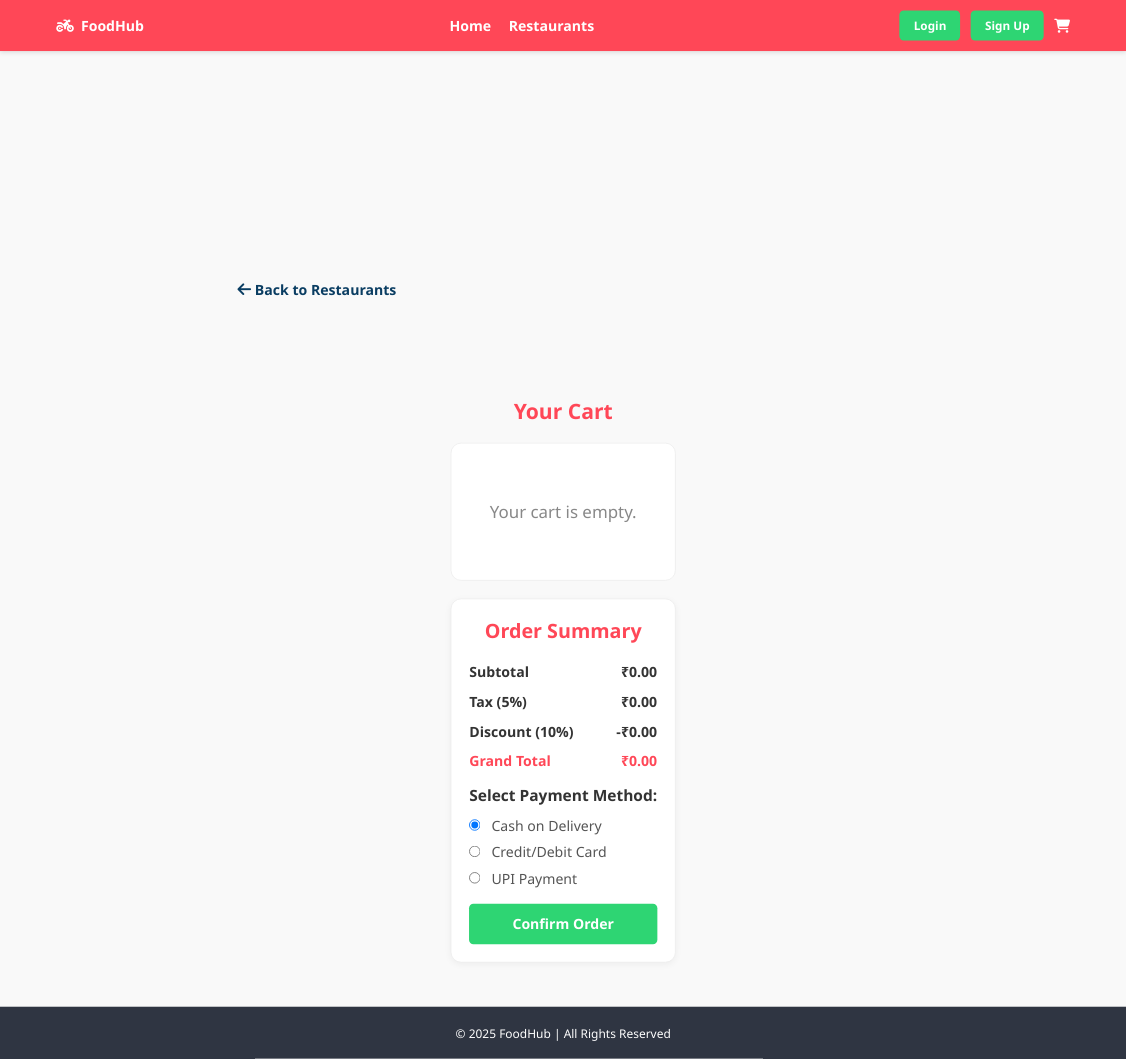
Repository: srinithiashoka/FoodDeliveryApp
Page: http://localhost/FoodDeliveryApp/cart.jsp
These files come from the project's save history. The page is drawn as it stood at one moment and after the next save; the edit follows.
The browser window is 1280 px wide. The pictures show the whole page, at 88% of full size.
The page is served by Tomcat 10. Other server files are loaded and not shown. Queries for data that is not in the repository find no rows.

Above is the page before, as saved 2025-12-03 16:42:49.

### FoodDeliveryApp/src/main/webapp/cart.jsp
<%@ page language="java" contentType="text/html; charset=UTF-8" pageEncoding="UTF-8"%>
<%@ page import="java.util.List" %>
<%@ page import="com.foodapp.model.CartItem" %>
<%@ page import="com.foodapp.dao.impl.CartDAOImpl" %>
<%@ page import="com.foodapp.dao.impl.MenuDAOImpl" %>
<%@ page import="com.foodapp.model.Menu" %>
<%@ page import="com.foodapp.model.User" %>

<%
    CartDAOImpl cartDAO = new CartDAOImpl();
    MenuDAOImpl menuDAO = new MenuDAOImpl();

    User user = (User) session.getAttribute("user");
    Integer userId = (user != null) ? user.getUserId() : 0;

    List<CartItem> cartItems = cartDAO.getCartByUser(userId);

    double subtotal = 0;
    for(CartItem item : cartItems){
        subtotal += item.getPrice() * item.getQuantity();
    }
    double tax = subtotal * 0.05;
    double discount = subtotal * 0.1;
    double grandTotal = subtotal + tax - discount;
%>

<!DOCTYPE html>
<html lang="en">
<head>
<meta charset="UTF-8">
<meta name="viewport" content="width=device-width, initial-scale=1.0">
<title>FoodHub - Your Cart</title>
<link rel="stylesheet" href="https://cdnjs.cloudflare.com/ajax/libs/font-awesome/6.5.0/css/all.min.css">
<link rel="stylesheet" href="css/cart.css">
</head>
<body>

<!-- Toast -->
<div id="toast"></div>

<header>
    <div class="container">
        <div class="navbar">
            <div class="logo">
                <i class="fa-solid fa-motorcycle"></i>
                <span>FoodHub</span>
            </div>
            <ul class="nav-menu">
                <li><a href="home.jsp">Home</a></li>
                <li><a href="home.jsp">Restaurants</a></li>
            </ul>
            <div class="nav-actions">
                <% if(user == null){ %>
                    <button onclick="location.href='login.jsp'" class="btn btn-login">Login</button>
                    <button onclick="location.href='signup.jsp'" class="btn btn-signup">Sign Up</button>
                <% } else { %>
                    <span>Welcome, <%= user.getUsername() %></span>
                <% } %>
                <div class="cart-icon-wrapper">
                    <a href="cart.jsp" title="View Cart">
                        <i class="fas fa-shopping-cart"></i>
                    </a>
                    <% if(cartItems.size() > 0) { %>
                        <span class="cart-badge"><%= cartItems.size() %></span>
                    <% } %>
                </div>
            </div>
        </div>
    </div>
</header>
<div class="back-link-container">
    <a href="home.jsp" class="back-link"><i class="fa fa-arrow-left"></i> Back to Restaurants</a>
</div>

<div class="cart-container">
    <h2 class="cart-title">Your Cart</h2>

    <% if(cartItems.isEmpty()){ %>
        <p class="empty-cart">Your cart is empty.</p>
    <% } else {
        for(CartItem item : cartItems){
            Menu menu = menuDAO.getMenuItemById(item.getMenuId());
            String imagePath = (menu != null && menu.getImagePath() != null && !menu.getImagePath().isEmpty())
                               ? menu.getImagePath()
                               : "images/default-food.jpg";
    %>
            <div class="cart-item" data-menu-id="<%= item.getMenuId() %>">
                <div class="cart-image">
                    <img src="<%= request.getContextPath() + "/" + imagePath %>"
                         alt="<%= item.getFoodName() %>"
                         onerror="this.src='<%= request.getContextPath() %>/images/default-food.jpg'"
                         style="width: 80px; height: 80px; object-fit: cover;">
                </div>
                <div class="cart-content">
                    <div class="cart-header">
                        <h3><%= item.getFoodName() %></h3>
                        <div class="cart-price" data-price="<%= item.getPrice() %>">₹<%= item.getPrice() %></div>
                    </div>
                    <div class="quantity-controls">
                        <button class="qty-btn decrease">-</button>
                        <input type="number" class="quantity-input" value="<%= item.getQuantity() %>" min="1" max="99">
                        <button class="qty-btn increase">+</button>
                        <button class="btn-remove">Remove</button>
                    </div>
                </div>
            </div>
    <% }} %>

    <div class="cart-summary">
        <h3>Order Summary</h3>
        <div class="summary-row">Subtotal <span id="subtotal">₹<%= String.format("%.2f", subtotal) %></span></div>
        <div class="summary-row">Tax (5%) <span id="tax">₹<%= String.format("%.2f", tax) %></span></div>
        <div class="summary-row">Discount (10%) <span id="discount">-₹<%= String.format("%.2f", discount) %></span></div>
        <div class="summary-row grand-total">Grand Total <span id="grandTotal">₹<%= String.format("%.2f", grandTotal) %></span></div>

        <div class="payment-method">
            <h4>Select Payment Method:</h4>
            <label><input type="radio" name="payment" value="cash" checked> Cash on Delivery</label>
            <label><input type="radio" name="payment" value="card"> Credit/Debit Card</label>
            <label><input type="radio" name="payment" value="upi"> UPI Payment</label>
        </div>

        <button class="checkout-btn" onclick="confirmOrder()">Confirm Order</button>
    </div>
</div>

<footer>
    <p>© 2025 FoodHub | All Rights Reserved</p>
</footer>

<script>
// Toast function
function showToast(message) {
    const toast = document.getElementById("toast");
    toast.textContent = message;
    toast.className = "show";
    setTimeout(() => {
        toast.className = toast.className.replace("show", "");
    }, 3000);
}

// Update totals
function updateTotals() {
    let subtotal = 0;
    document.querySelectorAll('.cart-item').forEach(item => {
        const qty = parseInt(item.querySelector('.quantity-input').value) || 0;
        const price = parseFloat(item.querySelector('.cart-price').dataset.price) || 0;
        subtotal += qty * price;
    });
    const tax = subtotal * 0.05;
    const discount = subtotal * 0.1;
    const grandTotal = subtotal + tax - discount;

    document.getElementById('subtotal').textContent = '₹' + subtotal.toFixed(2);
    document.getElementById('tax').textContent = '₹' + tax.toFixed(2);
    document.getElementById('discount').textContent = '-₹' + discount.toFixed(2);
    document.getElementById('grandTotal').textContent = '₹' + grandTotal.toFixed(2);
}

// Update cart quantity to server
function updateCartServer(menuId, quantity) {
    fetch('<%= request.getContextPath() %>/updateCart', {
        method: 'POST',
        headers: {'Content-Type': 'application/x-www-form-urlencoded'},
        body: `menuId=${menuId}&quantity=${quantity}`
    }).catch(err => console.error('Cart update failed:', err));
}

// Confirm Order
function confirmOrder() {
    const payment = document.querySelector('input[name="payment"]:checked').value;
    fetch('<%= request.getContextPath() %>/confirmOrder', {
        method: 'POST',
        headers: {'Content-Type': 'application/x-www-form-urlencoded'},
        body: `payment=${payment}`
    })
    .then(response => {
        if(response.ok){
            showToast("Order placed successfully!");
            setTimeout(() => {
                window.location.href = '<%= request.getContextPath() %>/trackorder.jsp';
            }, 1200);
        } else {
            showToast("Order failed. Please try again.");
        }
    }).catch(err => {
        console.error('Order request failed:', err);
        showToast("Order failed. Please try again.");
    });
}

// Quantity and Remove Button Events
document.addEventListener('DOMContentLoaded', function() {
    document.querySelectorAll('.cart-item').forEach(item => {
        const qtyInput = item.querySelector('.quantity-input');

        item.querySelector('.increase').addEventListener('click', () => {
            let currentQty = parseInt(qtyInput.value) || 1;
            qtyInput.value = currentQty + 1;
            updateTotals();
            updateCartServer(item.dataset.menuId, qtyInput.value);
        });
        item.querySelector('.decrease').addEventListener('click', () => {
            let currentQty = parseInt(qtyInput.value) || 1;
            if(currentQty > 1) {
                qtyInput.value = currentQty - 1;
                updateTotals();
                updateCartServer(item.dataset.menuId, qtyInput.value);
            }
        });
        item.querySelector('.btn-remove').addEventListener('click', () => {
            updateCartServer(item.dataset.menuId, 0);
            item.style.opacity = '0.5';
            setTimeout(() => item.remove(), 300);
            updateTotals();
        });
        qtyInput.addEventListener('change', () => {
            let qty = parseInt(qtyInput.value) || 1;
            if(qty < 1) qty = 1;
            if(qty > 99) qty = 99;
            qtyInput.value = qty;
            updateTotals();
            updateCartServer(item.dataset.menuId, qty);
        });
    });
});
</script>

</body>
</html>

### FoodDeliveryApp/src/main/java/com/foodapp/dao/impl/MenuDAOImpl.java
package com.foodapp.dao.impl;

import com.foodapp.dao.MenuDAO;
import com.foodapp.model.Menu;
import com.foodapp.util.DBConnection;

import java.sql.*;
import java.util.ArrayList;
import java.util.List;

public class MenuDAOImpl implements MenuDAO {

    @Override
    public boolean addMenuItem(Menu menu) {
        String sql = "INSERT INTO menu (restaurantId, itemName, description, price, isAvailable, imagePath) VALUES (?, ?, ?, ?, ?, ?)";
        try (Connection conn = DBConnection.getConnection();
             PreparedStatement ps = conn.prepareStatement(sql)) {
            ps.setInt(1, menu.getRestaurantId());
            ps.setString(2, menu.getItemName());
            ps.setString(3, menu.getDescription());
            ps.setDouble(4, menu.getPrice());
            ps.setBoolean(5, menu.isAvailable());
            ps.setString(6, menu.getImagePath());
            return ps.executeUpdate() > 0;
        } catch (SQLException e) { e.printStackTrace(); }
        return false;
    }

    @Override
    public boolean updateMenuItem(Menu menu) {
        String sql = "UPDATE menu SET restaurantId=?, itemName=?, description=?, price=?, isAvailable=?, imagePath=? WHERE menuId=?";
        try (Connection conn = DBConnection.getConnection();
             PreparedStatement ps = conn.prepareStatement(sql)) {
            ps.setInt(1, menu.getRestaurantId());
            ps.setString(2, menu.getItemName());
            ps.setString(3, menu.getDescription());
            ps.setDouble(4, menu.getPrice());
            ps.setBoolean(5, menu.isAvailable());
            ps.setString(6, menu.getImagePath());
            ps.setInt(7, menu.getMenuId());
            return ps.executeUpdate() > 0;
        } catch (SQLException e) { e.printStackTrace(); }
        return false;
    }

    @Override
    public boolean deleteMenuItem(int menuId) {
        String sql = "DELETE FROM menu WHERE menuId=?";
        try (Connection conn = DBConnection.getConnection();
             PreparedStatement ps = conn.prepareStatement(sql)) {
            ps.setInt(1, menuId);
            return ps.executeUpdate() > 0;
        } catch (SQLException e) { e.printStackTrace(); }
        return false;
    }

    @Override
    public Menu getMenuItemById(int menuId) {
        String sql = "SELECT * FROM menu WHERE menuId=?";
        try (Connection conn = DBConnection.getConnection();
             PreparedStatement ps = conn.prepareStatement(sql)) {
            ps.setInt(1, menuId);
            ResultSet rs = ps.executeQuery();
            if (rs.next()) return extractMenu(rs);
        } catch (SQLException e) { e.printStackTrace(); }
        return null;
    }

    @Override
    public List<Menu> getAllMenuItems() {
        List<Menu> list = new ArrayList<>();
        String sql = "SELECT * FROM menu";
        try (Connection conn = DBConnection.getConnection();
             Statement st = conn.createStatement();
             ResultSet rs = st.executeQuery(sql)) {
            while (rs.next()) list.add(extractMenu(rs));
        } catch (SQLException e) { e.printStackTrace(); }
        return list;
    }

    @Override
    public List<Menu> getMenuByRestaurant(int restaurantId) {
        List<Menu> list = new ArrayList<>();
        String sql = "SELECT * FROM menu WHERE restaurantId=?";
        try (Connection conn = DBConnection.getConnection();
             PreparedStatement ps = conn.prepareStatement(sql)) {
            ps.setInt(1, restaurantId);
            ResultSet rs = ps.executeQuery();
            while (rs.next()) list.add(extractMenu(rs));
        } catch (SQLException e) { e.printStackTrace(); }
        return list;
    }

    private Menu extractMenu(ResultSet rs) throws SQLException {
        Menu menu = new Menu();
        menu.setMenuId(rs.getInt("menuId"));
        menu.setRestaurantId(rs.getInt("restaurantId"));
        menu.setItemName(rs.getString("itemName"));
        menu.setDescription(rs.getString("description"));
        menu.setPrice(rs.getDouble("price"));
        menu.setAvailable(rs.getBoolean("isAvailable"));
        menu.setImagePath(rs.getString("imagePath"));
        return menu;
    }
}

### FoodDeliveryApp/src/main/webapp/css/cart.css
/* =======================
   RESET & GENERAL
======================= */
* {
    margin: 0;
    padding: 0;
    box-sizing: border-box;
    font-family: "Segoe UI", Tahoma, Geneva, Verdana, sans-serif;
}
a {
    text-decoration: none;
    color: inherit;
}
body {
    display: flex;
    flex-direction: column;
    min-height: 100vh;
    background: #f9f9f9;
    color: #333;
}
.container {
    width: 90%;
    max-width: 1200px;
    margin: auto;
}

/* =======================
   HEADER
======================= */
header {
    background: #ff4757;
    padding: 12px 0;
    color: white;
    position: sticky;
    top: 0;
    z-index: 100;
    box-shadow: 0 2px 5px rgba(0, 0, 0, 0.1);
}
.navbar {
    display: flex;
    justify-content: space-between;
    align-items: center;
}
.logo {
    display: flex;
    align-items: center;
    gap: 8px;
    font-weight: 700;
    transition: transform 0.5s ease, color 0.5s ease;
}
.logo:hover {
    transform: rotate(-5deg) scale(1.05);
    color: #ffeaa7;
}
.scooter-icon {
    font-size: 28px;
    animation: bounce 2s infinite;
    color: white;
}
@keyframes bounce {
    0%, 100% { transform: translateY(0); }
    50% { transform: translateY(-6px); }
}
.nav-menu {
    display: flex;
    list-style: none;
    gap: 20px;
}
.nav-menu li a {
    font-weight: bold;
    color: white;
    transition: color 0.3s;
}
.nav-menu li a:hover { color: #ffeaa7; }
.nav-actions {
    display: flex;
    align-items: center;
    gap: 12px;
}
.btn {
    padding: 8px 16px;
    border: none;
    border-radius: 5px;
    cursor: pointer;
    font-weight: bold;
    transition: background 0.3s, transform 0.2s;
}
.btn-login, .btn-signup {
    background: #2ed573;
    color: white;
}
.btn-login:hover, .btn-signup:hover {
    background: #26c35e;
    transform: scale(1.05);
}
.cart-icon-wrapper { position: relative; }
.cart-badge {
    position: absolute;
    top: -5px;
    right: -7px;
    background: #ff4757;
    color: white;
    font-size: 12px;
    padding: 2px 6px;
    border-radius: 50%;
}

/* =======================
   CART CONTAINER
======================= */
.cart-container {
    padding: 50px 0;
    max-width: 900px;
    margin: 0 auto;
}
/* Back link container ensures full width and left alignment */
.back-link-container {
    width: 100%;
    padding: 10px 20px; /* adjust horizontal padding as needed */
    background: #f9f9f9;
}

/* Back link styling */
.back-link {
    display: inline-block;
    align-items: center;
    gap: 15px;
       margin-bottom: 40px;
     color: #0a3d62;
     margin-top:250px;
    font-size: 1rem;
    font-weight: 600;
    margin-left: 250px;
    text-decoration: none;
}
.back-link i { font-size: 1.1rem; }
.back-link:hover { text-decoration: underline; }

.cart-container h2 {
    text-align: center;
    color: #ff4757;
    margin-bottom: 20px;
    margin-top: 10px;
}


/* Empty cart */
.empty-cart {
    text-align: center;
    padding: 4rem 2rem;
    background: #fff;
    border-radius: 12px;
    border: 1px solid #eee;
    color: #888;
    font-size: 1.2rem;
    margin-bottom: 20px;
}

/* Cart items */
.cart-item {
    display: flex;
    align-items: center;
    margin-bottom: 20px;
    padding: 12px;
    border-bottom: 1px solid #eee;
    background: #fff;
    border-radius: 8px;
    transition: box-shadow 0.3s;
}
.cart-item:hover { box-shadow: 0 4px 12px rgba(0,0,0,0.1); }

.cart-image {
    background: #fff;
    padding: 8px;
    border-radius: 12px;
    width: 120px;
    height: 120px;
    flex-shrink: 0;
    display: flex;
    align-items: center;
    justify-content: center;
    margin-right: 20px;
}
.cart-image img {
    width: 100%;
    height: 100%;
    object-fit: cover;
    border-radius: 12px;
}

.cart-content {
    flex: 1;
}
.cart-header {
    display: flex;
    justify-content: space-between;
    align-items: center;
}
.cart-header h3 { margin: 0; font-size: 1.2rem; color: #ff4757; }
.cart-price { font-weight: bold; margin-top: 6px; }

.quantity-controls {
    display: flex;
    align-items: center;
    gap: 8px;
    margin-top: 6px;
    flex-wrap: wrap;
}
.quantity-input {
    width: 40px;
    height: 36px;
    text-align: center;
    border-radius: 5px;
    border: 1px solid #ccc;
    background: #f7f7f7;
    font-size: 0.9rem;
}
.qty-btn {
    border: none;
    background: #ddd;
    padding: 6px 10px;
    border-radius: 5px;
    cursor: pointer;
    font-weight: bold;
    font-size: 0.85rem;
    display: flex;
    align-items: center;
    justify-content: center;
}
.qty-btn:hover { background: #bbb; }
.btn-remove {
    background: #ff6b81;
    color: white;
    border: none;
    padding: 0 12px;
    border-radius: 5px;
    height: 36px;
    display: flex;
    align-items: center;
    justify-content: center;
    cursor: pointer;
    font-weight: bold;
    font-size: 0.85rem;
}
.btn-remove:hover { background: #ff5252; }

/* Cart Summary */
.cart-summary {
    background: #fff;
    padding: 20px;
    border-radius: 12px;
    margin-top: 20px;
    border: 1px solid #eee;
    box-shadow: 0 2px 8px rgba(0,0,0,0.05);
}
.cart-summary h3 {
    text-align: center;
    color: #ff4757;
    margin-bottom: 20px;
    font-size: 1.4rem;
}
.summary-row {
    display: flex;
    justify-content: space-between;
    margin-bottom: 12px;
    font-size: 1rem;
    font-weight: 600;
}
.summary-row:last-child { border-top: 2px solid #eee; padding-top: 12px; font-size: 1.1rem; }
.grand-total { color: #ff4757; font-weight: bold; }

.checkout-btn {
    width: 100%;
    padding: 12px;
    background: #2ed573;
    color: white;
    border: none;
    border-radius: 5px;
    font-weight: bold;
    cursor: pointer;
    font-size: 1rem;
    margin-top: 10px;
    transition: background 0.3s;
}
.checkout-btn:hover { background: #26c35e; }

/* Payment */
.payment-method {
    margin-top: 15px;
}
.payment-method h4 {
    font-size: 1.1rem;
    margin-bottom: 12px;
    color: #333;
    font-weight: 600;
}
.payment-method label {
    font-weight: 500;
    margin-bottom: 8px;
    display: block;
    cursor: pointer;
    color: #555;
}
.payment-method input[type="radio"] { margin-right: 8px; }

/* Footer */
footer {
    background: #2f3542;
    color: white;
    text-align: center;
    padding: 20px 0;
    font-size: 0.85rem;
    margin-top: auto;
}

/* Toast */
#toast {
    visibility: hidden;
    min-width: 150px;
    max-width: 220px;
    background-color: #2ed573;
    color: white;
    text-align: center;
    border-radius: 8px;
    padding: 12px;
    position: fixed;
    z-index: 9999;
    top: 20px;
    right: 20px;
    font-size: 14px;
    opacity: 0;
    transition: opacity 0.3s, visibility 0.3s;
    box-shadow: 0 2px 6px rgba(0,0,0,0.2);
}
#toast.show { visibility: visible; opacity: 1; }

/* RESPONSIVE */
@media (max-width:768px){
    .cart-item { flex-direction: column; align-items: flex-start; }
    .cart-image { width: 100%; height: 200px; margin-bottom: 12px; }
    .quantity-controls { flex-wrap: wrap; gap: 6px; }
    .btn-remove, .checkout-btn { width: 100%; }
    .back-link { font-size: 0.95rem; }
}

Loaded but not shown: FoodDeliveryApp/src/main/java/com/foodapp/dao/impl/CartDAOImpl.java (246 lines, source omitted)

After the next save:
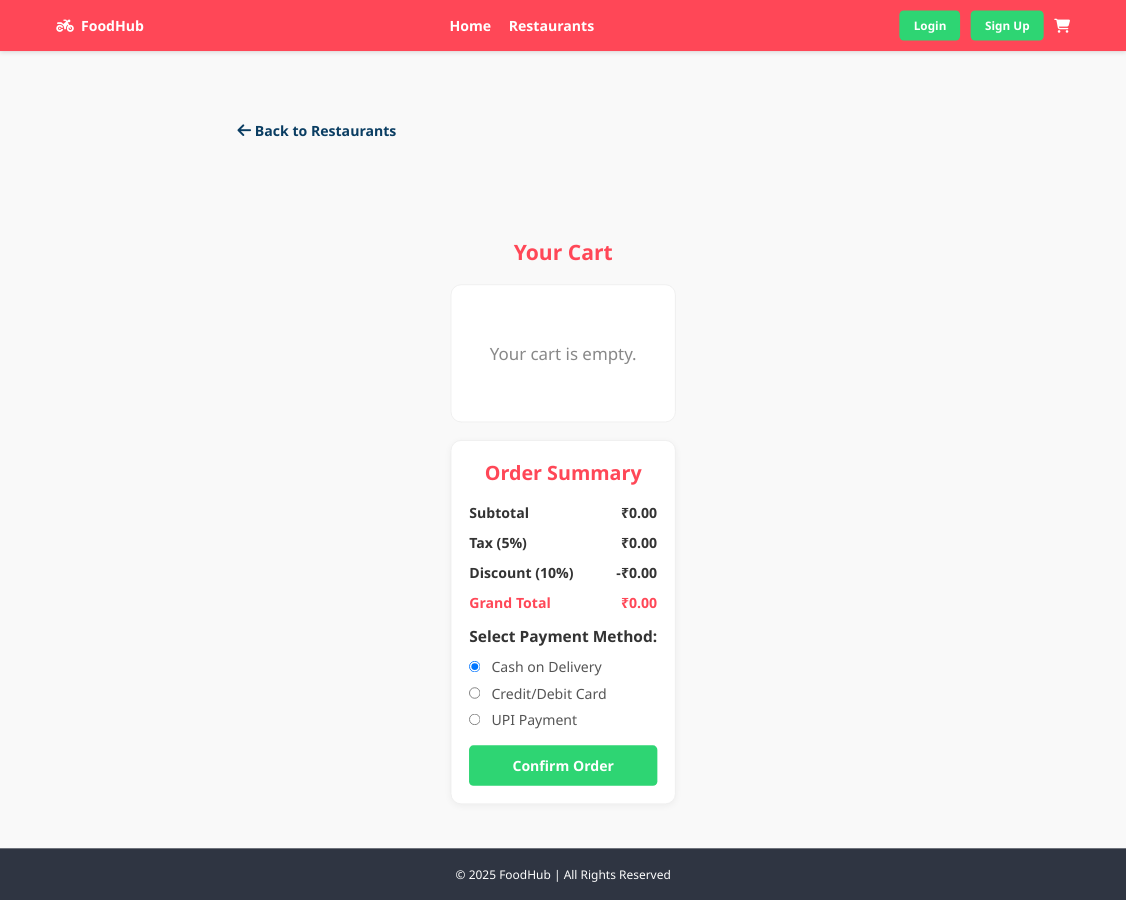
Saved 14 s later.
--- a/FoodDeliveryApp/src/main/webapp/css/cart.css
+++ b/FoodDeliveryApp/src/main/webapp/css/cart.css
@@ -127,7 +127,7 @@ header {
     gap: 15px;
        margin-bottom: 40px;
      color: #0a3d62;
-     margin-top:250px;
+     margin-top:70px;
     font-size: 1rem;
     font-weight: 600;
     margin-left: 250px;
